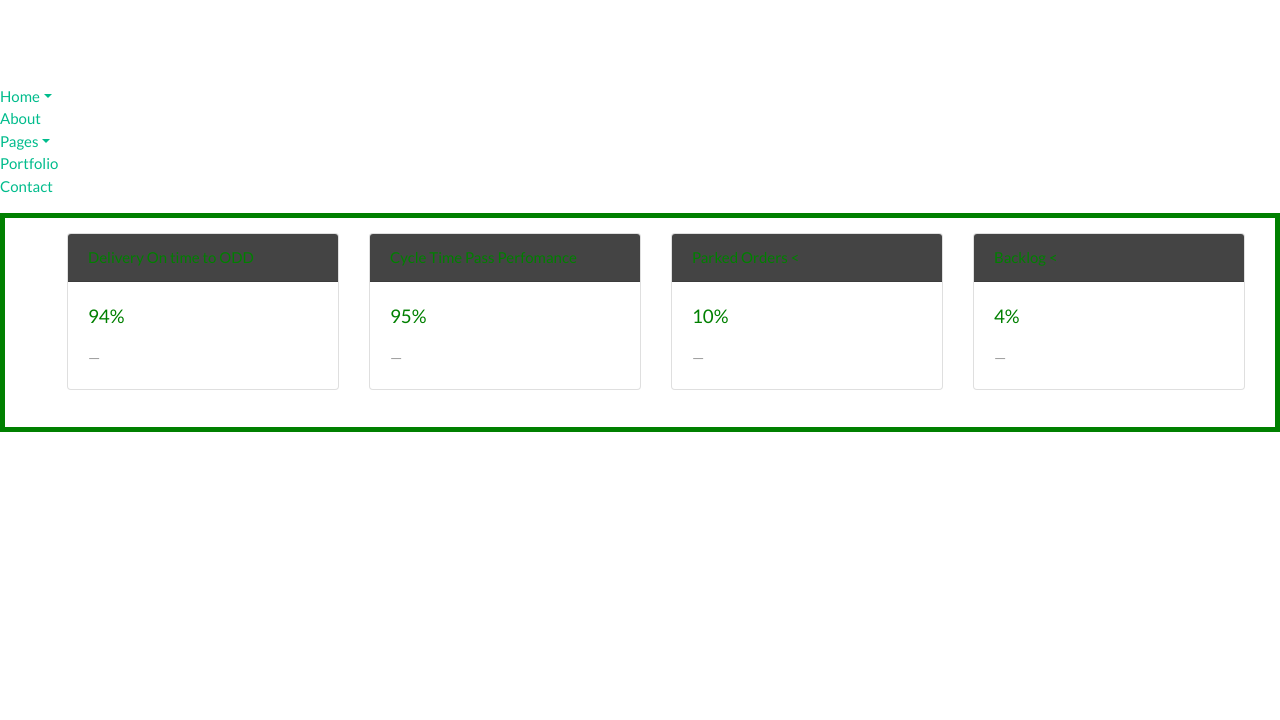
Repository: valenovi76/Delivery-Dashboard
Page: Index.html
The author's editor kept a record of every edit. The page is drawn from the files as they stood at one moment, then again after the next edit.
The browser window is 1280 px wide. The pictures show the whole page.
Some icons come from a web library that is not loaded, so they are not drawn.

Above is the page before.
Console error: TypeError: Cannot read properties of null (reading 'textContent')

### Index.html
<!DOCTYPE html>
<html lang="en">
<head>
    <meta charset="UTF-8">
    <meta name="viewport" content="width=device-width, initial-scale=1.0">
    <meta http-equiv="X-UA-Compatible" content="ie=edge">

    <link rel="stylesheet" href="static/css/bootstrap.min.css" type="text/css" />
    <link rel="stylesheet" href="static/css/dc.min.css" type="text/css" />
    <link href="vendor/fontawesome-free/css/all.min.css" rel="stylesheet" type="text/css">
    <script type="text/javascript" src="static/js/d3.min.js"></script>
    <script type="text/javascript" src="static/js/crossfilter.min.js"></script>
    <script type="text/javascript" src="static/js/dc.min.js"></script>
    <script type="text/javascript" src="static/js/queue.min.js"></script>
    <script type="text/javascript" src="static/js/graphs.js"></script>
    <link rel="stylesheet" href="static/css/style.css" type="text/css" />
    <title>Daily Delivery Dashboard</title>
</head>
<body>
    <header>

        <div id="wrapper">

        <nav id="sidebar">
        <div class="sidebar-header">
            <h3>Delivery Dashboard Menu</h3>
        </div>
         <ul class="list-unstyled components">
            <p>Dummy Heading</p>
            <li class="active">
                <a href="#homeSubmenu" data-toggle="collapse" aria-expanded="false" class="dropdown-toggle">Home</a>
                <ul class="collapse list-unstyled" id="homeSubmenu">
                    <li>
                        <a href="#">Home 1</a>
                    </li>
                    <li>
                        <a href="#">Home 2</a>
                    </li>
                    <li>
                        <a href="#">Home 3</a>
                    </li>
                </ul>
            </li>
            <li>
                <a href="#">About</a>
            </li>
            <li>
                <a href="#pageSubmenu" data-toggle="collapse" aria-expanded="false" class="dropdown-toggle">Pages</a>
                <ul class="collapse list-unstyled" id="pageSubmenu">
                    <li>
                        <a href="#">Page 1</a>
                    </li>
                    <li>
                        <a href="#">Page 2</a>
                    </li>
                    <li>
                        <a href="#">Page 3</a>
                    </li>
                </ul>
            </li>
            <li>
                <a href="#">Portfolio</a>
            </li>
            <li>
                <a href="#">Contact</a>
            </li>
        </ul>
    </nav>


        </nav>


          <div id= "content-wrapper">
                <div class="container-fluid">
                <div class="row">KPIS

                <div class="col">
                <div class="card kpi">
                  <div class="card-header">
                        Delivery On time to ODD
                  </div>
                  <div class="card-body">
                        <blockquote class="blockquote mb-0">
                          <p>94%</p>
                          <footer class="blockquote-footer"><i class="far fa-clock"></i></footer>
                        </blockquote>
                  </div>
              </div>
                </div>
                <div class="col">
                <div class="card kpi">
                  <div class="card-header">
                        Cycle Time Pass Perfomance
                  </div>
                  <div class="card-body">
                        <blockquote class="blockquote mb-0">
                          <p>95%</p>
                          <footer class="blockquote-footer"><i class="fas fa-running"></i></footer>
                        </blockquote>
                  </div>
              </div>
                </div>
                <div class="col">
                <div class="card kpi">
                  <div class="card-header">
                        Parked Orders <
                  </div>
                  <div class="card-body">
                        <blockquote class="blockquote mb-0">
                          <p>10%</p>
                          <footer class="blockquote-footer"><i class="fas fa-parking"></i></footer>
                        </blockquote>
                  </div>
              </div>
                </div>
                <div class="col">
                <div class="card kpi">
                  <div class="card-header">
                        Backlog <
                  </div>
                  <div class="card-body">
                        <blockquote class="blockquote mb-0">
                          <p>4%</p>
                          <footer class="blockquote-footer"><i class="fas fa-flag-checkered"></i></footer>
                        </blockquote>
                  </div>
              </div>

              </div>
              </div>
                <div class="row">


                    <div class="col-md-auto">
                      Variable width content
                    </div>
                    <div class="col-md-auto">
                      Variable width content
                    </div>
                    <div class="col-md-auto">
                      Variable width content
                    </div>

                </div>
                <footer class= "sticky-footer">

                </footer>
            </div>
        </div>
        </div>
    </header>
</body>
</html>

### static/js/graphs.js
//load data
queue()
.defer(d3.csv, "/data/orders.csv")
.await(makeGraphs);


// Make graphs function
function makeGraphs(error, orderData) {

    var ndx = crossfilter(orderData);


orderData.forEach(function(d){
d.CT_Ex_Delayed_Days=parseInt(d.CT_Ex_Delayed_Days)})




    show_wip_group_selector(ndx);
    show_product_selector(ndx);
    show_project_selector(ndx);
    show_created(ndx);
    show_completed(ndx);
    show_order_order_type(ndx);
    show_ct_avg(ndx);
    show_SLT_perf(ndx);
    show_ontime_late(ndx);
    show_percent_RFT_OnTime(ndx);
    show_percent_CT_Pass(ndx);
    show_monthly_delivery(ndx);



    dc.renderAll();
}


//Selector js
function show_wip_group_selector(ndx){
    var dim = ndx.dimension(dc.pluck('Channel'));
    var group = dim.group();
    var select = dc.selectMenu("#wip_group_selector")
        .dimension(dim)
        .group(group);

}
function show_product_selector(ndx){
    var dim = ndx.dimension(dc.pluck('Product'));
    var group = dim.group();
    var select = dc.selectMenu("#product_selector")
        .dimension(dim)
        .group(group);

}
function show_project_selector(ndx){
    var dim=ndx.dimension(dc.pluck('Project'));
    var group= dim.group();
    var select = dc.selectMenu("#project_selector")
        .dimension(dim)
        .group(group);

}

// KPIS values -RFT %

function show_percent_RFT_OnTime(ndx) {
    var percentageThatAreOnTime = ndx.groupAll().reduce(
        function(p, v) {
            p.total++;
                if(v.On_Time === "On-Time") {
                    p.match++;
                }
                return p;
            },
            function (p, v) {
                p.total--;
                if(v.On_Time === "On-Time") {
                    p.match--;
                }
                return p;
            },
            function () {
                return {total: 0, match: 0};
            }
    );

    dc.numberDisplay("#RFTPerc")
        .formatNumber(d3.format(".1%"))
        .valueAccessor(function (d) {
            if (d.count == 0) {
                return 0;
            } else {
                return ( d.match/d.total );
            }
        })
        .group(percentageThatAreOnTime)
}

// KPIS values - CT %

function show_percent_CT_Pass(ndx) {
    var percentageThatArePassed = ndx.groupAll().reduce(
        function(p, v) {
            p.total++;
                if(v.SLT_Status === "Pass") {
                    p.match++;
                }
                return p;
            },
            function (p, v) {
                p.total--;
                if(v.SLT_Status === "Pass") {
                    p.match--;
                }
                return p;
            },
            function () {
                return {total: 0, match: 0};
            }
    );

    dc.numberDisplay("#CTPerc")
        .formatNumber(d3.format(".1%"))
        .valueAccessor(function (d) {
            if (d.count == 0) {
                return 0;
            } else {
                return ( d.match/d.total );
            }
        })
        .group(percentageThatArePassed)
}

//KPIS values - Monthly deliveries
function show_monthly_delivery(ndx){
    var avgMonthlyDeliveries = ndx.groupAll().reduce(
        function(p, v) {
            p.total++;
                if(v.Order_Status === "Completed") {
                    p.match++;
                }
                return p;
            },
            function (p, v) {
                p.total--;
                if(v.Order_Status === "Completed") {
                    p.match--;
                }
                return p;
            },
            function () {
                return {total: 0, match: 0};
            }
    );

    dc.numberDisplay("#avg_monthly_delivery")
        .formatNumber(d3.format(".1f"))
        .valueAccessor(function (d) {
            if (d.total == 0) {
                return 0;
            } else {
                return ( d.match/6 );
            }
        })
        .group(avgMonthlyDeliveries)
}


//created line js
function show_created(ndx) {
var dim = ndx.dimension(dc.pluck('Created_Month'));
var group =dim.group();

dc.lineChart("#created")
.width(400)
.height(300)
.margins({top: 30, right: 40, bottom: 50, left: 50})
.dimension(dim)
.group(group)
.transitionDuration(500)
.x(d3.scale.ordinal())
.xUnits(dc.units.ordinal)
.elasticY(true)
.xAxisLabel("FY 2019-2020 Month")
.yAxis().ticks(20);
 }

//completed line js
function show_completed(ndx) {
var dim = ndx.dimension(dc.pluck('Completed_Month'));
var group = dim.group();

dc.lineChart("#completed")

.width(400)
.height(300)
.margins({top: 30, right: 40, bottom: 50, left: 50})
.dimension(dim)
.group(group)
.transitionDuration(500)
.x(d3.scale.ordinal())
.xUnits(dc.units.ordinal)
.elasticY(true)
.xAxisLabel("FY 2019-2020 Month")
.yAxis().ticks(20);
 }

//WIP pie js
function show_order_order_type(ndx) {
    var dim = ndx.dimension(dc.pluck('Order_Type'));
    var group = dim.group();


    dc.pieChart("#order_type")

        .width(400)
        .height(300)
        .slicesCap(4)
        .innerRadius(100)
        .dimension(dim)
        .group(group)
        .legend(dc.legend())

}
//CT Avg line js
function show_ct_avg(ndx){
var dim = ndx.dimension(dc.pluck("Completed_Month"));

function add_item(p,v){
p.count ++;
p.total += v.CT_Ex_Delayed_Days;
p.average = p.total/p.count;
return p;
}
function remove_item(p,v){
p.count--;
if(p.count==0){
p.total=0;
p.average=0;}else{
p.total -= v.CT_Ex_Delayed_Days;
p.average = p.total/p.count;
}
return p;
}
function initialise(){
    return{count:0, total:0, average:0};
}


var group= dim.group().reduce(add_item,remove_item,initialise);


dc.lineChart("#ct_avg")
.width(400)
.height(300)
.margins({top: 10, right: 50, bottom: 30, left: 50})
.dimension(dim)
.group(group)
.valueAccessor(function(d){
return d.value.average})
.transitionDuration(500)
.x(d3.scale.ordinal())
.xUnits(dc.units.ordinal)
.elasticY(true)
.xAxisLabel("FY 2019-2020 Month")
.yAxis().ticks(20);

}
//CT perf js
function show_SLT_perf(ndx){

    function SLTPerfByMonth(dimension, SLT_Status) {
        return dimension.group().reduce(
            function (p, v) {
                p.total++;
                if(v.SLT_Status == SLT_Status) {
                    p.match++;
                }
                return p;
            },
            function (p, v) {
                p.total--;
                if(v.SLT_Status == SLT_Status) {
                    p.match--;
                }
                return p;
            },
            function () {
                return {total: 0, match: 0};
            }
        );
    }

    var dim = ndx.dimension(dc.pluck("Completed_Month"));
    var PassByMonth = SLTPerfByMonth(dim, "Pass");
    var FailByMonth = SLTPerfByMonth(dim, "Fail");

    dc.barChart("#ct_perf")
        .width(400)
        .height(300)
        .dimension(dim)
        .group(PassByMonth, "Pass")
        .stack(FailByMonth, "Fail")
        .valueAccessor(function(d) {
            if(d.value.total > 0) {
                return (d.value.match / d.value.total) * 100;
            } else {
                return 0;
            }
        })
        .x(d3.scale.ordinal())
        .xUnits(dc.units.ordinal)
        .legend(dc.legend().x(320).y(20).itemHeight(15).gap(5))
        .margins({top: 10, right: 100, bottom: 30, left: 30});
}

  //On time vs Late stacked-bars graph

   function show_ontime_late(ndx) {

    function RFTPerfByMonth(dimension, On_Time) {
        return dimension.group().reduce(
            function (p, v) {
                p.total++;
                if(v.On_Time == On_Time) {
                    p.match++;
                }
                return p;
            },
            function (p, v) {
                p.total--;
                if(v.On_Time == On_Time) {
                    p.match--;
                }
                return p;
            },
            function () {
                return {total: 0, match: 0};
            }
        );
    }

    var dim = ndx.dimension(dc.pluck("Completed_Month"));
    var OnTimeByMonth = RFTPerfByMonth(dim, "On-Time");
    var LateByMonth = RFTPerfByMonth(dim, "Late");

    dc.barChart("#ontime_perf")
        .width(400)
        .height(300)
        .dimension(dim)
        .group(OnTimeByMonth, "On-Time")
        .stack(LateByMonth, "Late")
        .valueAccessor(function(d) {
            if(d.value.total > 0) {
                return (d.value.match / d.value.total) * 100;
            } else {
                return 0;
            }
        })
        .x(d3.scale.ordinal())
        .xUnits(dc.units.ordinal)
        .legend(dc.legend().x(320).y(20).itemHeight(15).gap(5))
        .margins({top: 10, right: 100, bottom: 30, left: 30});
   }

### static/css/style.css
body {
    background-color: white;
}

#sidebar-wrapper{
    z-index: 1;
    position:absolute;
    width:0;
    height:100%;
    overflow-y: hidden;
    background-color:#2C3E50;
    border:2px solid red;
    opacity:0.9;
}

/* main content*/
#content-wrapper{
    width:100%;
    position:absolute;
    padding:15px;
    border:5px solid green;
}

/*change the width of the display*/
#wrapper.menudisplayed #sidewrapper{
    width:250px;
}

#wrapper.menudisplayed #content-wrapper{
    padding-left:250px;
}

/*sidebar styling*/
.sidebar-nav{
    padding:0;
    list-style: none;
}





.kpi {
    color:green;
    background-color:white;
}

Loaded but not shown: static/css/bootstrap.min.css (library); static/css/dc.min.css (library); static/js/d3.min.js (library); static/js/crossfilter.min.js (library); static/js/dc.min.js (library); static/js/queue.min.js (common file)

After the next edit:
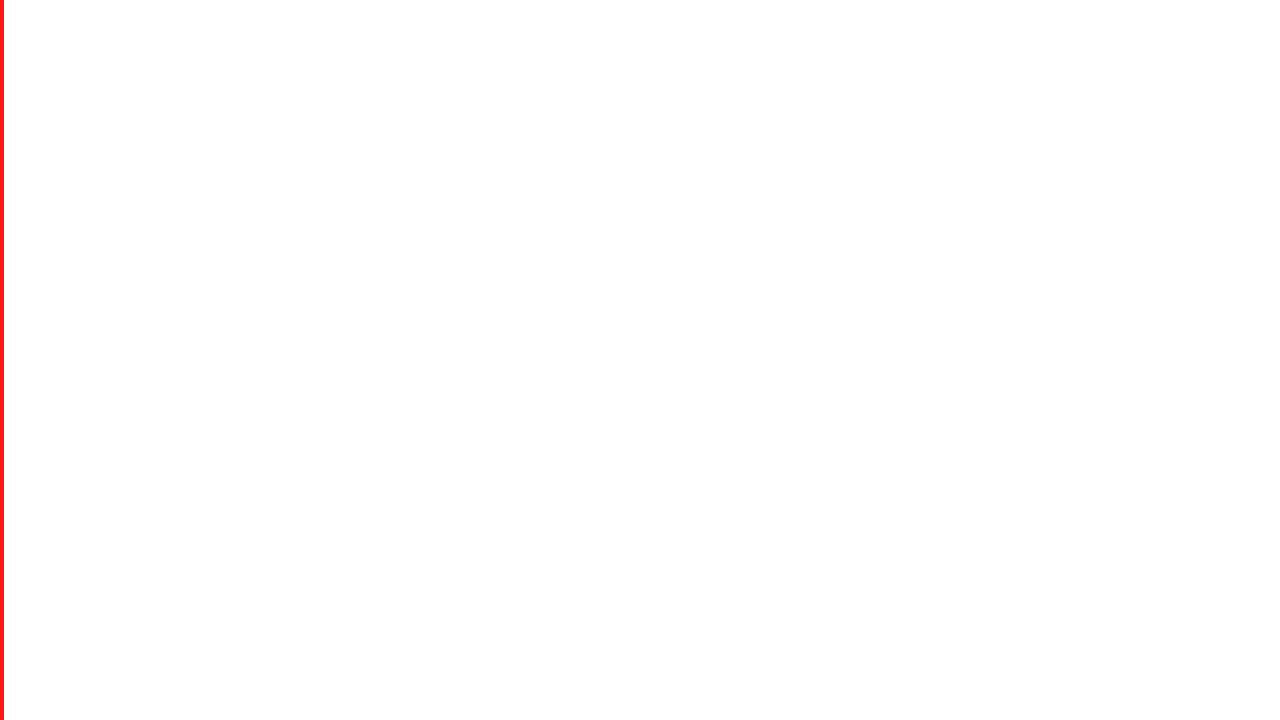
The edit:
--- a/Index.html
+++ b/Index.html
@@ -21,7 +21,7 @@
 
         <div id="wrapper">
 
-        <nav id="sidebar">
+        <div id="sidebar-wrapper">
         <div class="sidebar-header">
             <h3>Delivery Dashboard Menu</h3>
         </div>
